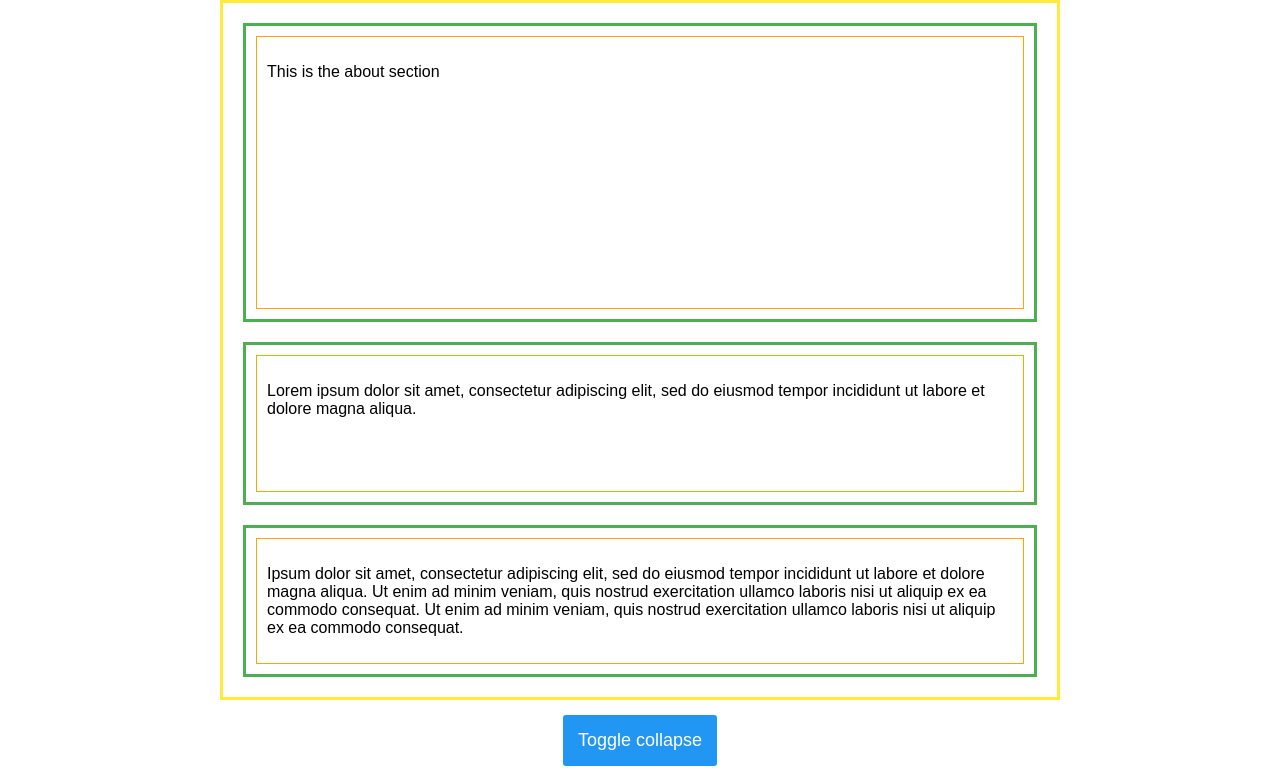
Repository: dsbarnes/groovy-blog
Page: index.html
These files come from the project's save history. The page is drawn as it stood at one moment and after the next save; the edit follows.
The browser window is 1280 px wide. The pictures show the whole page.
The style sheet was rebuilt from its Sass, Less or Tailwind sources for each picture, by a compiler version that may differ from the author's.

Above is the page before, as saved 2020-05-09 13:39:27.

After the next save:
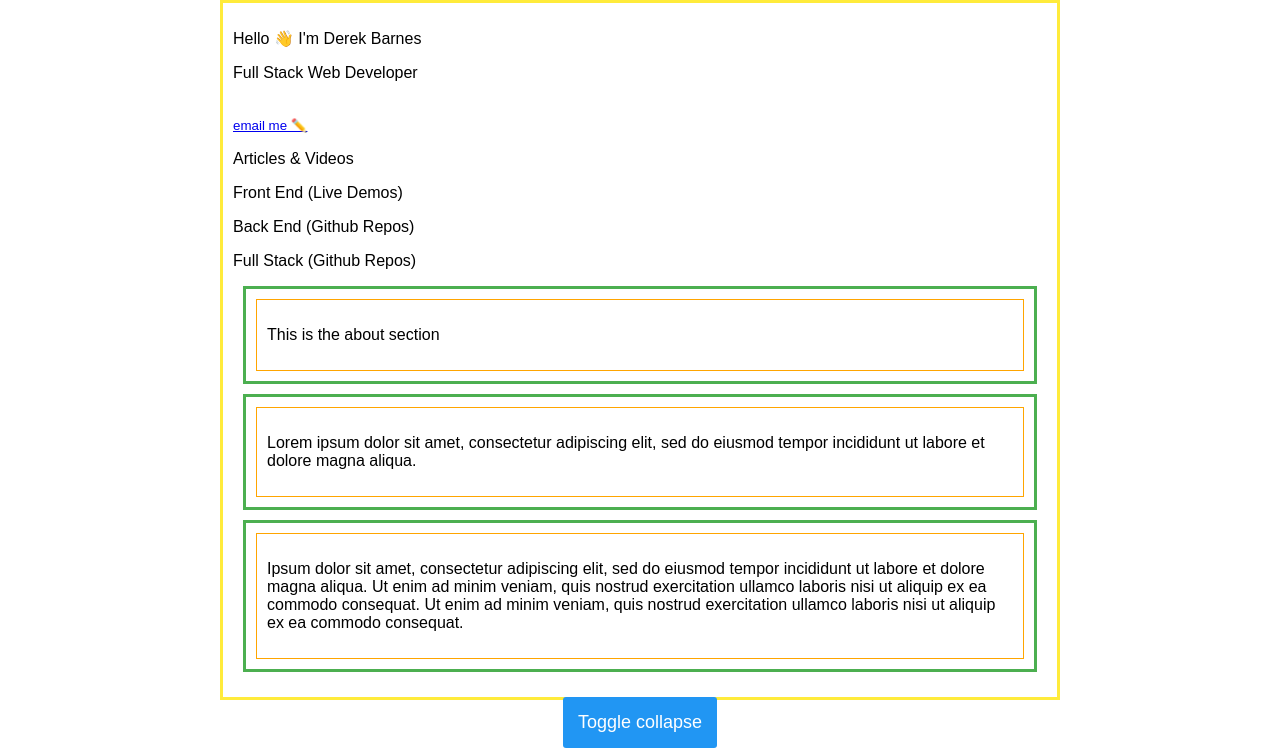
Saved 2 min 52 s later.
--- a/index.html
+++ b/index.html
@@ -10,52 +10,73 @@
 
 <body>
 
+
     <div class="container">
-        <!-- Section one -->
-        <div class="section-one">
-            <div class='double-border'>
+        <div id='container'>
+            <div id='nameCard'>
+                <div id="doubleBorder">
+                    <p>Hello 👋 I'm Derek Barnes</p>
+                    <p>Full Stack Web Developer</p>
+                    <br />
+                    <small><a href='mailto:derekb0147@gmail.com'>email me ✏️</a></small>
+                    <br />
+                </div>
+            </div>
 
-                <div id='about-section-text'>
-                    <p>This is the about section</p>
+            <div id='sectionSelect'>
+                <p class='nav' data-color='red' id='articles'>Articles & Videos</p>
+                <p class='nav' data-color='purple' id='frontend'>Front End (Live Demos)</p>
+                <p class='nav' data-color='blue' id='backend'>Back End (Github Repos)</p>
+                <p class='nav' data-color='aqua' id='fullstack'>Full Stack (Github Repos)</p>
+            </div>
+
+            <!-- Section one -->
+            <div class="section-one">
+                <div class='double-border'>
+
+                    <div id='about-section-text'>
+                        <p>This is the about section</p>
+                    </div>
+
+                    <div id='articles-section-text'></div>
+                    <div id='frontend-section-text'></div>
+                    <div id='backend-section-text'></div>
+                    <div id='fullstack-section-text'></div>
+
                 </div>
+            </div>
 
-                <div id='articles-section-text'></div>
-                <div id='frontend-section-text'></div>
-                <div id='backend-section-text'></div>
-                <div id='fullstack-section-text'></div>
+            <!-- Section two -->
+            <div class="section-two collapsible">
+                <div class='double-border collapsible'>
+                    <p>Lorem ipsum dolor sit amet, consectetur adipiscing elit, sed do eiusmod tempor incididunt ut
+                        labore
+                        et
+                        dolore
+                        magna aliqua.</p>
+                </div>
+            </div>
 
+            <!-- Section three -->
+            <div class="section-three">
+                <div class="double-border">
+                    <p>Ipsum dolor sit amet, consectetur adipiscing elit, sed do eiusmod tempor incididunt ut labore et
+                        dolore
+                        magna
+                        aliqua. Ut enim ad minim veniam, quis nostrud exercitation ullamco laboris nisi ut aliquip ex ea
+                        commodo
+                        consequat. Ut enim ad minim veniam, quis nostrud exercitation ullamco laboris nisi ut aliquip ex
+                        ea
+                        commodo
+                        consequat.</p>
+                </div>
             </div>
-        </div>
 
-        <!-- Section two -->
-        <div class="section-two collapsible">
-            <div class='double-border collapsible'>
-                <p>Lorem ipsum dolor sit amet, consectetur adipiscing elit, sed do eiusmod tempor incididunt ut labore
-                    et
-                    dolore
-                    magna aliqua.</p>
-            </div>
-        </div>
+        </div><!-- container -->
 
-        <!-- Section three -->
-        <div class="section-three">
-            <div class="double-border">
-                <p>Ipsum dolor sit amet, consectetur adipiscing elit, sed do eiusmod tempor incididunt ut labore et
-                    dolore
-                    magna
-                    aliqua. Ut enim ad minim veniam, quis nostrud exercitation ullamco laboris nisi ut aliquip ex ea
-                    commodo
-                    consequat. Ut enim ad minim veniam, quis nostrud exercitation ullamco laboris nisi ut aliquip ex ea
-                    commodo
-                    consequat.</p>
-            </div>
-        </div>
+        <button id="toggle-button">Toggle collapse</button>
 
-    </div><!-- container -->
-
-    <button id="toggle-button">Toggle collapse</button>
-
-    <script type=module src="index.js"></script>
+        <script type=module src="index.js"></script>
 </body>
 
 </html>
